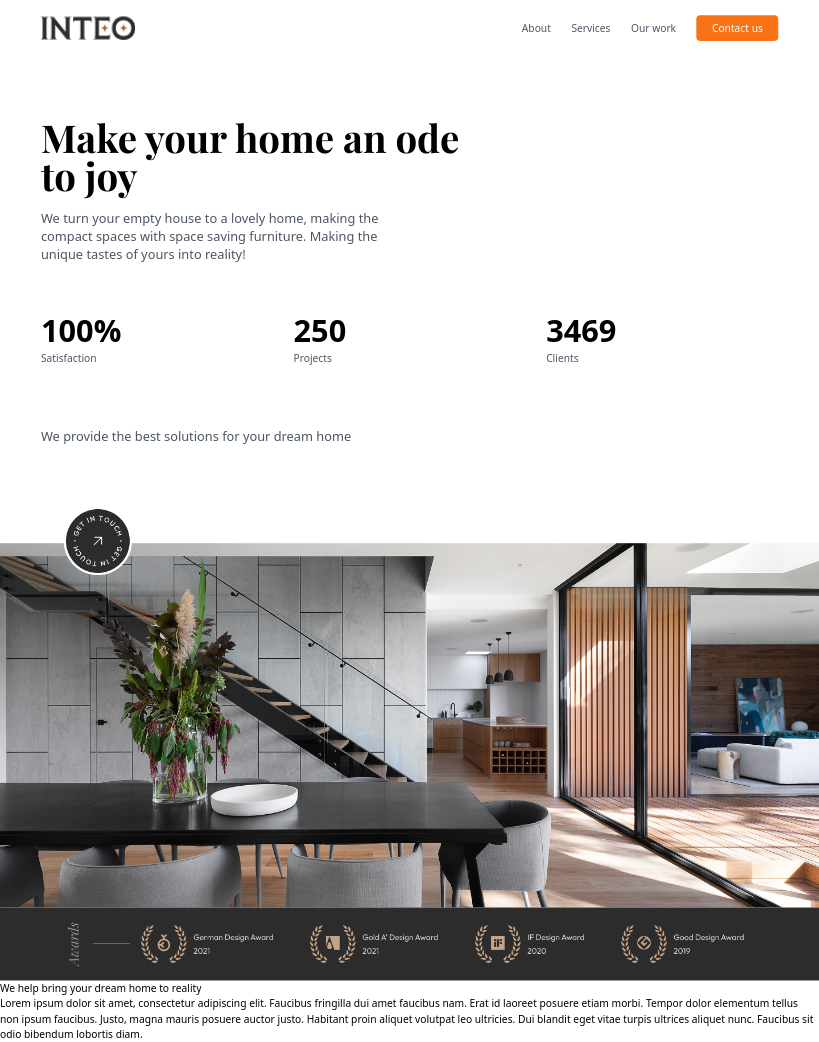
Repository: CatherinneJ/responsive-tailwind-website
Page: tailwind.html
The author's editor kept a copy of each file at every save. The page is drawn from the files as they stood at one save, then again after the next save.
The browser window is 1280 px wide. The pictures show the whole page, at 64% of full size.
Some web libraries are served in a nearby version.

Above is the page before, as saved 2025-05-20 17:45:34.

### tailwind.html
<!DOCTYPE html>
<html lang="en">
<head>
    <meta charset="UTF-8">
    <meta name="viewport" content="width=device-width, initial-scale=1.0">
    <title>NTEO - Make your home an ode to joy</title>
    <script src="https://cdn.tailwindcss.com"></script>
    <link href="https://fonts.googleapis.com/css2?family=Playfair+Display:wght@400;700&display=swap" rel="stylesheet">
    <style>
        .font-playfair {
            font-family: 'Playfair Display', serif;
        }
    </style>
</head>
<body class="bg-white">
    <header class="py-6 px-8 lg:px-16">
        <nav class="flex justify-between items-center">
            <img src="./Assets/Logo.png" alt="logo" class="h-10">
            <ul class="flex space-x-8 items-center">
                <li class="text-gray-600 hover:text-black">About</li>
                <li class="text-gray-600 hover:text-black">Services</li>
                <li class="text-gray-600 hover:text-black">Our work</li>
                <li class="bg-orange-500 text-white px-6 py-2 rounded-md hover:bg-orange-600">Contact us</li>
            </ul>
        </nav>
    </header>

    <section class="px-8 lg:px-16 py-12 md:py-24">
        <h1 class="text-4xl md:text-5xl lg:text-6xl font-bold font-playfair mb-6 max-w-2xl">
            Make your home an ode to joy
        </h1>

        <p class="text-lg md:text-xl text-gray-600 mb-12 md:mb-20 max-w-xl">
            We turn your empty house to a lovely home, making the compact spaces with space saving furniture. Making the unique tastes of yours into reality!
        </p>

        <div class="grid grid-cols-1 md:grid-cols-3 gap-8 mb-16 md:mb-24">
            <div>
                <p class="text-4xl md:text-5xl font-bold mb-2">100%</p>
                <p class="text-gray-600">Satisfaction</p>
            </div>
            <div>
                <p class="text-4xl md:text-5xl font-bold mb-2">250</p>
                <p class="text-gray-600">Projects</p>
            </div>
            <div>
                <p class="text-4xl md:text-5xl font-bold mb-2">3469</p>
                <p class="text-gray-600">Clients</p>
            </div>
        </div>

        <p class="text-lg md:text-xl text-gray-600 max-w-xl">
            We provide the best solutions for your dream home
        </p>
    </section>
    <section>
        <img src="./Assets/Creative.png" class="w-full" alt="background1">
    </section>
    <section id="awards">
        <img src="./Assets/Awards.png" class="w-full" alt="background1" alt="award">
    </section>

    <section>
        <h2>
            <p>
                We help bring your dream home to reality
            </p>
        </h2>
        <p>
            Lorem ipsum dolor sit amet, consectetur adipiscing elit. Faucibus fringilla dui amet faucibus nam. Erat id laoreet posuere etiam morbi. Tempor dolor elementum tellus non ipsum faucibus. Justo, magna mauris posuere auctor justo. Habitant proin aliquet volutpat leo ultricies. Dui blandit eget vitae turpis ultrices aliquet nunc. Faucibus sit odio bibendum lobortis diam.
        </p>
    </section>
</body>
</html>

After the next save:
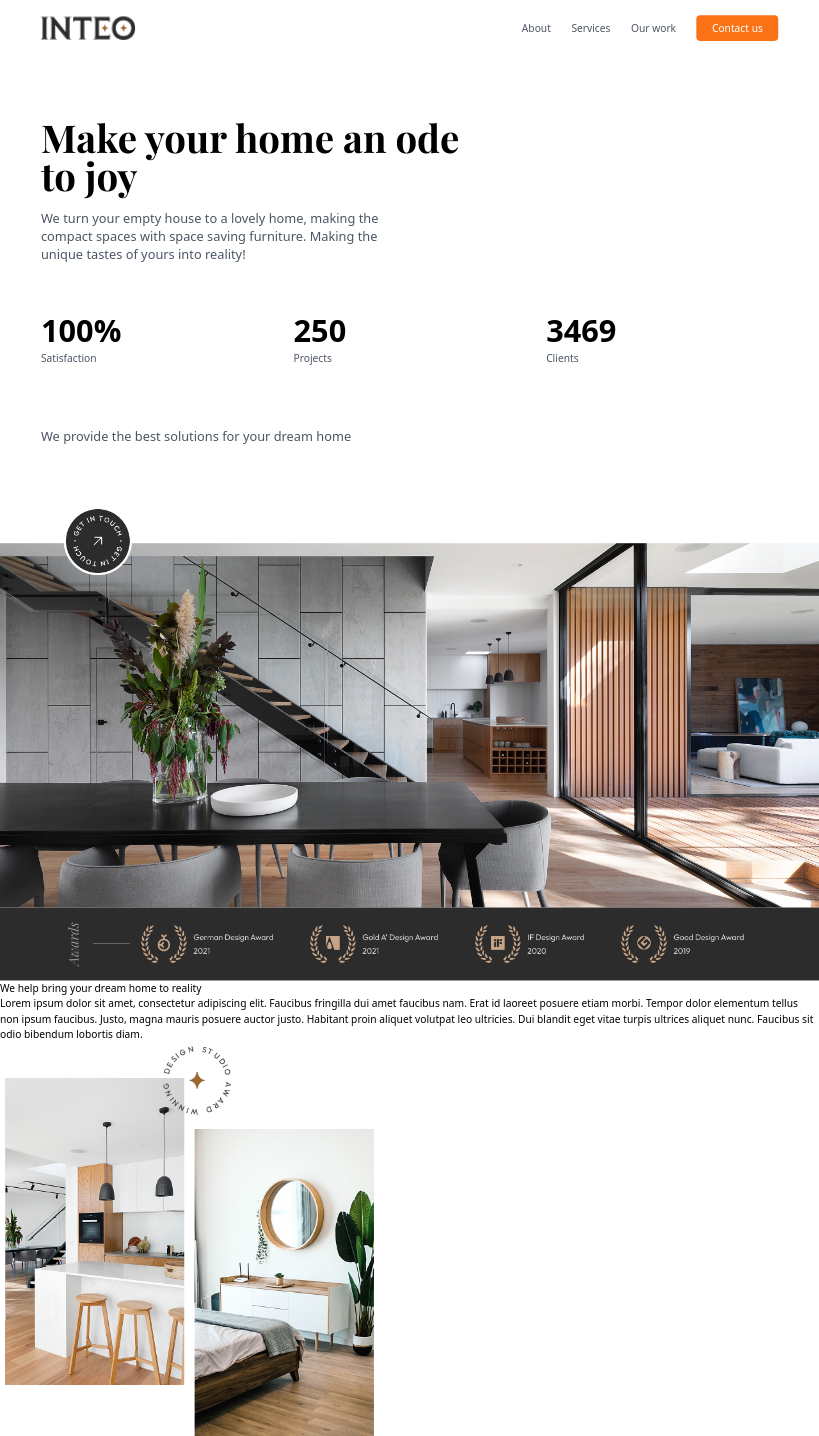
Saved 39 s later.
--- a/tailwind.html
+++ b/tailwind.html
@@ -69,6 +69,7 @@
         <p>
             Lorem ipsum dolor sit amet, consectetur adipiscing elit. Faucibus fringilla dui amet faucibus nam. Erat id laoreet posuere etiam morbi. Tempor dolor elementum tellus non ipsum faucibus. Justo, magna mauris posuere auctor justo. Habitant proin aliquet volutpat leo ultricies. Dui blandit eget vitae turpis ultrices aliquet nunc. Faucibus sit odio bibendum lobortis diam.
         </p>
+        <img src="./Assets/Section.png" alt="section2">
     </section>
 </body>
 </html>
